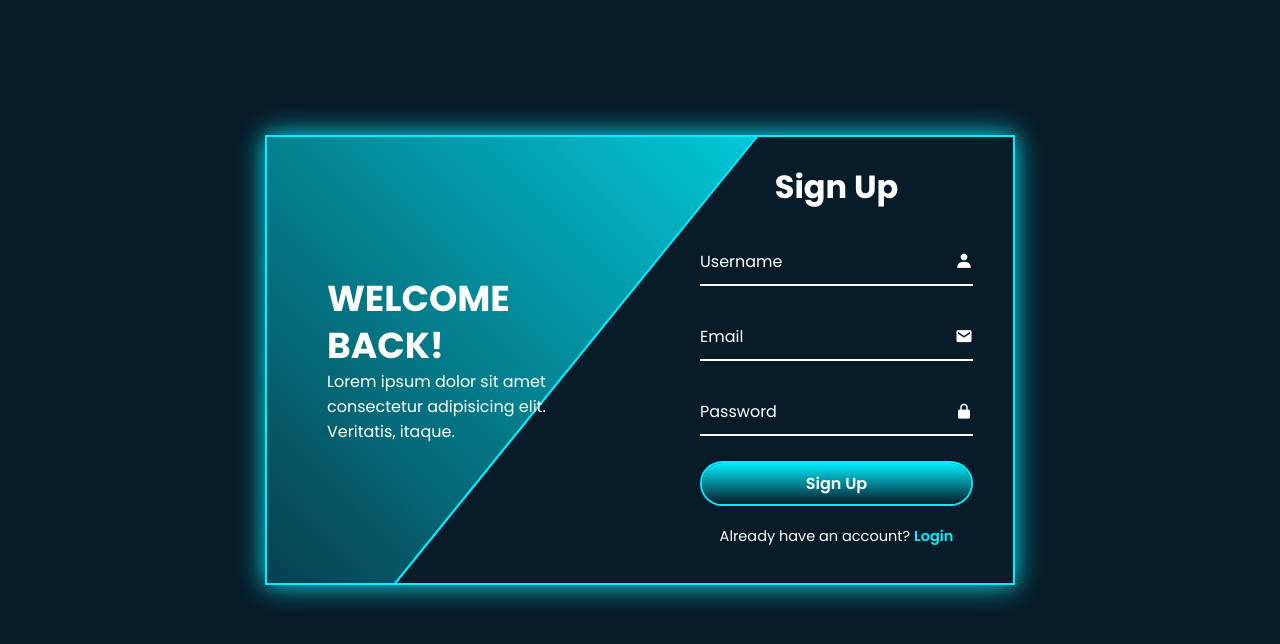
Repository: swastikjhacoder/Login-Registration-HTML
Page: index.html
These files come from the project's save history. The page is drawn as it stood at one moment and after the next save; the edit follows.
The browser window is 1280 px wide. The pictures show the whole page.

Above is the page before, as saved 2023-09-18 16:06:03.
Not found: js/toastify.js

### index.html
<!DOCTYPE html>
<html lang="en">
  <head>
    <meta charset="UTF-8" />
    <meta http-equiv="X-UA-Compatible" content="IE=edge" />
    <meta name="viewport" content="width=device-width, initial-scale=1.0" />
    <title>Login</title>
    <link rel="shortcut icon" href="./images/favicon.png" />
    <link rel="stylesheet" href="style.css" />
    <link href='https://unpkg.com/boxicons@2.1.4/css/boxicons.min.css' rel='stylesheet'>
    <script src="./js/toastify.js"></script>
  </head>
  <body>
    <div class="wrapper">
        <span class="bg-animate1"></span>
        <span class="bg-animate2"></span>

        <div class="form-box login">
            <h2>Login</h2>
            <form action="#">
                <div class="input-box">
                    <input type="text" required/>
                    <label>Username</label>
                    <i class='bx bxs-user'></i>
                </div>
                <div class="input-box">
                    <input type="password" required/>
                    <label>Password</label>
                    <i class='bx bxs-lock-alt' ></i>
                </div>
                <button type="submit" class="btn">Login</button>
                <div class="logreg-link">
                    <p>Don't have an account? <a href="#" class="register-link">Sign Up</a></p>
                </div>
            </form>
        </div>
        <div class="info-text login">
            <h2>Welcome Back!</h2>
            <p>Lorem ipsum dolor sit amet consectetur adipisicing elit. Veritatis, itaque.</p>
        </div>

        <div class="form-box register">
            <h2>Sign Up</h2>
            <form action="#">
                <div class="input-box">
                    <input type="text" required/>
                    <label>Username</label>
                    <i class='bx bxs-user'></i>
                </div>
                <div class="input-box">
                    <input type="email" required/>
                    <label>Email</label>
                    <i class='bx bxs-envelope' ></i>
                </div>
                <div class="input-box">
                    <input type="password" required/>
                    <label>Password</label>
                    <i class='bx bxs-lock-alt' ></i>
                </div>
                <button type="submit" class="btn">Sign Up</button>
                <div class="logreg-link">
                    <p>Already have an account? <a href="#" class="login-link">Login</a></p>
                </div>
            </form>
        </div>

        <div class="info-text register">
            <h2>Welcome Back!</h2>
            <p>Lorem ipsum dolor sit amet consectetur adipisicing elit. Veritatis, itaque.</p>
        </div>
    </div>

  </body>
</html>

### style.css
@import url('https://fonts.googleapis.com/css2?family=Poppins:ital,wght@0,100;0,200;0,300;0,400;0,500;0,600;0,700;0,800;0,900;1,400&display=swap');

* {
    margin: 0;
    padding: 0;
    box-sizing: border-box;
    font-family: 'Poppins', sans-serif;
}

body {
    display: flex;
    justify-content: center;
    align-items: center;
    min-height: 100vh;
    background: #081b29;
}

.wrapper {
    position: relative;
    width: 750px;
    height: 450px;
    background: transparent;
    border: 2px solid #0ef;
    box-shadow: 0 0 25px #0ef;
    overflow: hidden;
}

.wrapper .form-box {
    position: absolute;
    top: 0;
    width: 50%;
    height: 100%;
    display: flex;
    flex-direction: column;
    justify-content: center;
}

.wrapper .form-box.login {
    left: 0;
    padding: 0 60px 0 40px;
    display: none;
}

.wrapper .form-box.register {
    right: 0;
    padding: 0 40px 0 60px;
}

.form-box h2 {
    font-size: 32px;
    color: #fff;
    text-align: center;
}

.form-box .input-box {
    position: relative;
    width: 100%;
    height: 50px;
    margin: 25px 0;
}

.input-box input {
    width: 100%;
    height: 100%;
    background: transparent;
    border: none;
    outline: none;
    border-bottom: 2px solid #fff;
    padding-right: 23px;
    font-size: 16px;
    color: #fff;
    font-weight: 500;
    transition: .5s;
}

.input-box input:focus,
.input-box input:valid {
    border-bottom-color: #0ef;
}

.input-box label {
    position: absolute;
    top: 50%;
    left: 0;
    transform: translateY(-50%);
    font-size: 16px;
    color: #fff;
    pointer-events: none;
    transition: .5s;
}

.input-box input:focus~label,
.input-box input:valid~label {
    top: -5px;
    color: #0ef
}

.input-box i {
    position: absolute;
    top: 50%;
    right: 0;
    transform: translateY(-50%);
    font-size: 18px;
    color: #fff;
    transition: .5s;
}

.input-box input:focus~i,
.input-box input:valid~i {
    color: #0ef
}

.btn {
    position: relative;
    width: 100%;
    height: 45px;
    background: transparent;
    border: 2px solid #0ef;
    outline: none;
    border-radius: 40px;
    cursor: pointer;
    font-size: 16px;
    color: #fff;
    font-weight: 600;
    z-index: 1;
    overflow: hidden;
}

.btn::before {
    content: '';
    position: absolute;
    top: -100%;
    left: 0;
    width: 100%;
    height: 300%;
    background: linear-gradient(#081b29, #0ef, #081b29, #0ef);
    z-index: -1;
    transition: .5s;
}

.btn:hover::before {
    top: 0;
}

.form-box .logreg-link {
    font-size: 14.5px;
    color: #fff;
    text-align: center;
    margin: 20px 0 10px;
}

.logreg-link p a {
    color: #0ef;
    text-decoration: none;
    font-weight: 600;
}

.logreg-link p a:hover {
    text-decoration: underline;
}

.wrapper .info-text {
    position: absolute;
    top: 0;
    width: 50%;
    height: 100%;
    display: flex;
    flex-direction: column;
    justify-content: center;
}

.wrapper .info-text.login {
    right: 0;
    text-align: right;
    padding: 0 40px 60px 150px;
    display: none;
}
.wrapper .info-text.register {
    left: 0;
    text-align: left;
    padding: 40px 60px 40px;
}

.info-text h2 {
    font-size: 36px;
    color: #fff;
    line-height: 1.3;
    text-transform: uppercase;
}

.info-text p {
    font-size: 16px;
    color: #fff;
}

.wrapper .bg-animate1 {
    position: absolute;
    top: -4px;
    right: 0;
    width: 850px;
    height: 600px;
    background: linear-gradient(45deg, #081b29, #0ef);
    border-bottom: 3px solid #0ef;
    /* transform: rotate(10deg) skewY(40deg); */
    transform: rotate(0) skewY(0);
    transform-origin: bottom right;
}

.wrapper .bg-animate2 {
    position: absolute;
    top: 100%;
    left: 250px;
    width: 850px;
    height: 700px;
    background: #081b29;
    border-top: 3px solid #0ef;
    transform: rotate(-11deg) skewY(-40deg);
    transform-origin: bottom left;
}

After the next save:
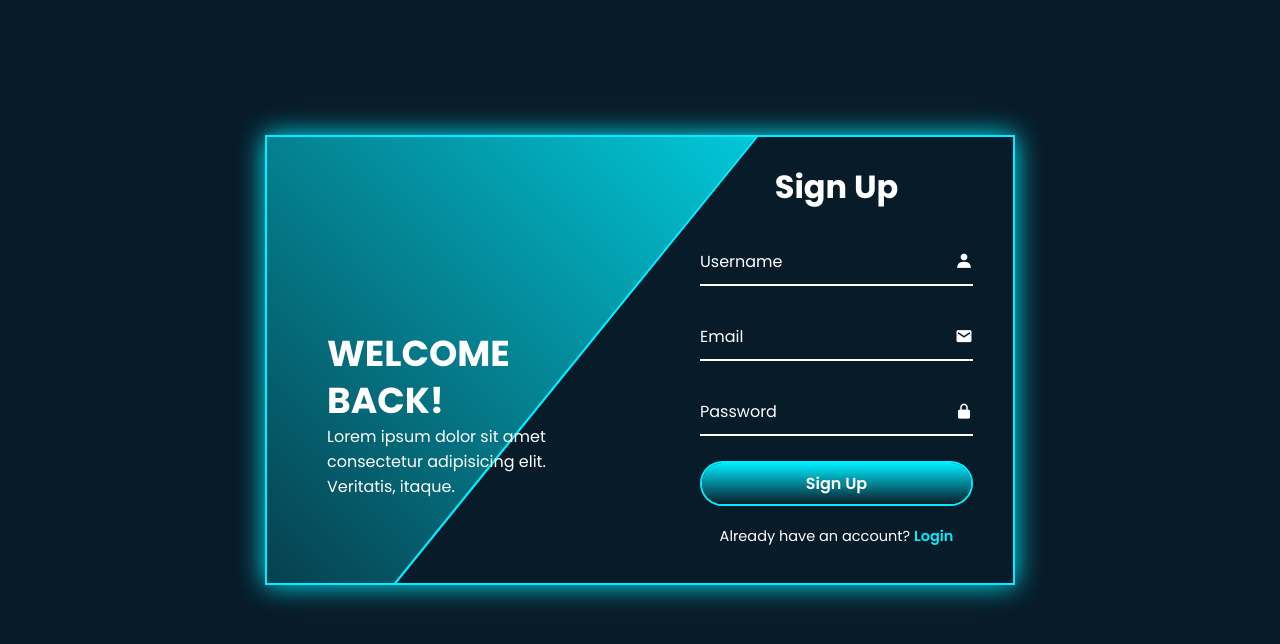
Saved 4 s later.
--- a/style.css
+++ b/style.css
@@ -178,7 +178,7 @@ body {
 .wrapper .info-text.register {
     left: 0;
     text-align: left;
-    padding: 40px 60px 40px;
+    padding: 150px 60px 40px;
 }
 
 .info-text h2 {
